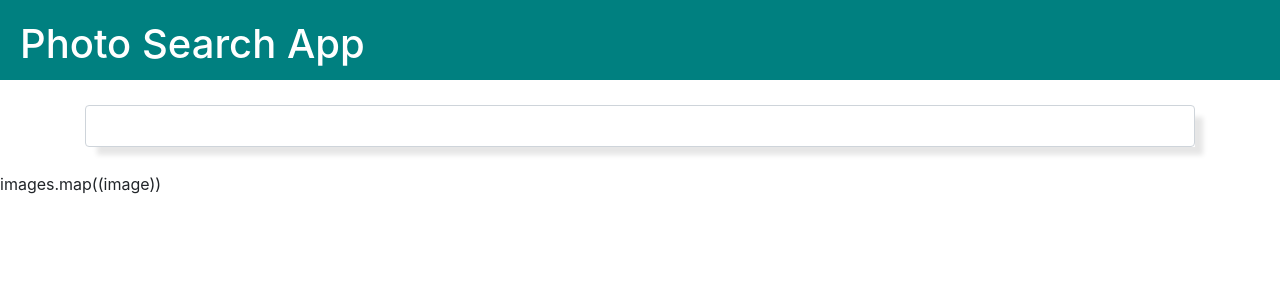
Repository: lamilekan263/photoapp
Page: /
The author's editor kept a copy of each file at every save. The page is drawn from the files as they stood at one save, then again after a run of saves.
The browser window is 1280 px wide. The pictures show the whole page.
The project was rebuilt for these pictures with package versions that can differ from the ones it lists, and the page was loaded fresh each time. Also part of the build but not shown: src/components/ImageCard/ImageCard.scss, src/components/ImageCard/ImageCard.js.

Above is the page before, as saved 2020-08-26 12:53:03.

### public/index.html
<!DOCTYPE html>
<html lang="en">
  <head>
    <meta charset="utf-8" />
    <link rel="icon" href="%PUBLIC_URL%/favicon.ico" />
    <meta name="viewport" content="width=device-width, initial-scale=1" />
    <meta name="theme-color" content="#000000" />
    <meta
      name="description"
      content="Web site created using create-react-app"
    />

    <title>photo App</title>
  </head>
  <body>
    <noscript>You need to enable JavaScript to run this app.</noscript>
    <div id="root"></div>
  </body>
</html>

### src/index.js
import React from 'react';
import  ReactDOM from 'react-dom';
import 'bootstrap/dist/css/bootstrap.min.css';
import App from './App'


ReactDOM.render(
    <App/>,
    document.getElementById('root')
);

### src/App.js
import React from 'react';
import axios from 'axios'

import Header from './components/Header/Header'
import ImageList from './components/imageList/imageList'
import SearchBar from './components/searchBar/searchBar'

class App extends React.Component{
    state = {
        myImages : []
    }

    submitHandler = async (term) =>{
        const response = await axios.get('https://api.unsplash.com/search/photos', {
            params:{
                query: term,
                per_page: 25,
                order_by:'latest'
            },
            headers:{
                Authorization: 'Client-ID _EmXfMw4Ntd6F7SPo61DuogZ6sF5nsEsRHfLanqGI0M'
            }
        })
        this.setState({myImages : response.data.results})
        console.log(this.state.myImages)
    }
    render(){
        return(
           <React.Fragment>
               <Header />
                <SearchBar onSubmit = {this.submitHandler}/>
                <ImageList images ={this.state.myImages} />
           </React.Fragment>
        )
    }
}



export default App

### src/components/Header/Header.js
import React from 'react';

// import { Link} from 'react-router-dom'
import './Header.scss'

const Header = () =>{
    return(
        <div>
            <nav>
                <div className="brand">
                    <h1>Photo Search App</h1>
                </div>
            </nav>
        </div>
    )
}

export default Header

### src/components/imageList/imageList.js
import React from 'react';
import ImageCard from '../ImageCard/ImageCard'

import './imageList.scss'

const ImageList = ({ images }) =>{
    return(
        <div className="image-display">
            images.map((image))

        </div>
    )
}

export default ImageList

### src/components/searchBar/searchBar.js
import React from 'react'

import './searchBar.scss'

class SearchBar extends React.Component{
    state = {
        searchTerm : ''
    }

    onChangeHandler = (e) =>{
        this.setState({ searchTerm : e.target.value})
    }
    onSubmitHandler = (e)=>{
        e.preventDefault()
        this.props.onSubmit(this.state.searchTerm)
        this.setState({searchTerm : ''})
    }
    render(){
        return(
            <div className="container">
                <form onSubmit = {this.onSubmitHandler  }>
                    <div className="form-group">
                        <input type="text"
                        className="form-control"
                        onChange ={ this.onChangeHandler }
                        value = {this.state.searchTerm}
                        />
                    </div>
                </form>
            </div>
        )
    }

}

export default SearchBar

### src/components/Header/Header.scss
nav{
    width: 100%;
    height: 80px;
    background-color: teal;
    color:#fff;
    padding:20px;
    margin-bottom:25px;
    display:flex;
    flex-direction:row;
    justify-content:space-between;

    .brand{
        p{
            font-size: 20px;
            font-family:monospace;
        }
    }
}

### src/components/imageList/imageList.scss
.image-display{
    display: flex;
    flex-direction: row;

}

### src/components/searchBar/searchBar.scss
form{
    margin:25px 0;
    -webkit-box-shadow: 10px 10px 5px -2px rgba(230,230,230,1);
    -moz-box-shadow: 10px 10px 5px -2px rgba(230,230,230,1);
    box-shadow: 10px 10px 5px -2px rgba(230,230,230,1);
    .form-group{
        input{
            padding:20px;
            width: 100%;

        }
    }
}

After the next 2 saves:
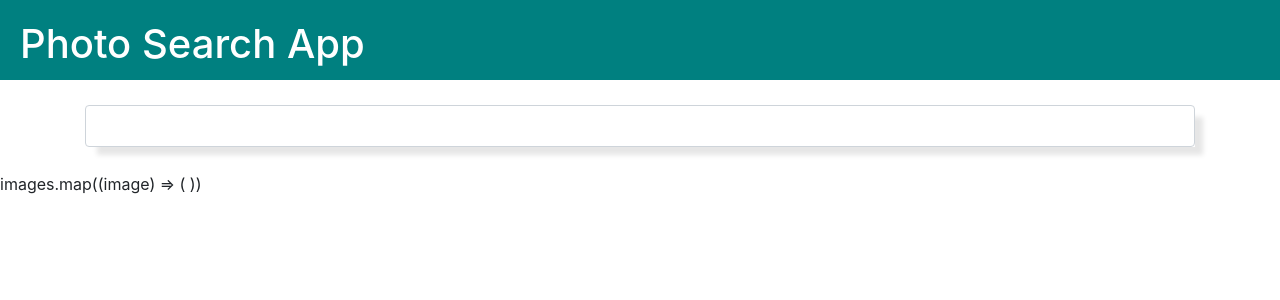
The 2 saves are shown as one change because they came seconds apart.
The last was saved 7 s later.
--- a/src/components/imageList/imageList.js
+++ b/src/components/imageList/imageList.js
@@ -6,7 +6,9 @@ import './imageList.scss'
 const ImageList = ({ images }) =>{
     return(
         <div className="image-display">
-            images.map((image))
+            images.map((image) => (
+
+            ))
 
         </div>
     )
